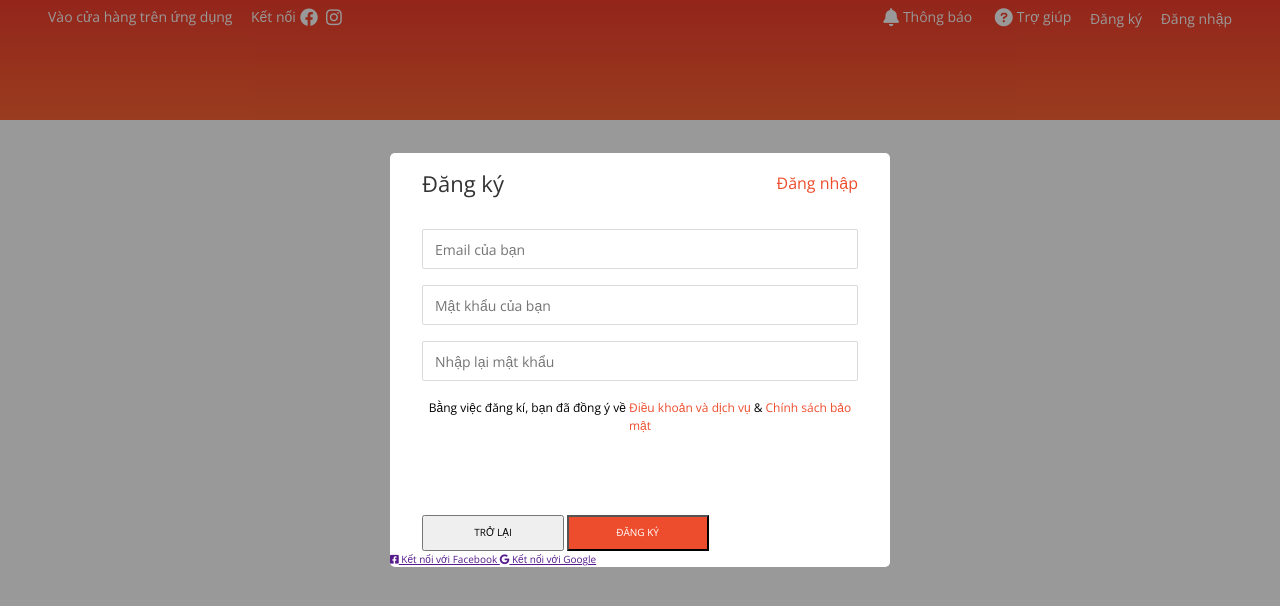
Repository: trongtamdev/Clone-Shopee-Page
Page: index.html
The author's editor kept a copy of each file at every save. The page is drawn from the files as they stood at one save, then again after the next save.
The browser window is 1280 px wide. The pictures show the whole page.

Above is the page before, as saved 2022-07-08 21:43:47.

### index.html
<!DOCTYPE html>
<html lang="en">

<head>
    <meta charset="UTF-8">
    <meta http-equiv="X-UA-Compatible" content="IE=edge">
    <meta name="viewport" content="width=device-width, initial-scale=1.0">
    <title>Document</title>
    <link rel="stylesheet" href="https://cdnjs.cloudflare.com/ajax/libs/normalize/8.0.1/normalize.min.css">
    <link rel="stylesheet" href="assets/css/base.css">
    <link rel="stylesheet" href="assets/css/main.css">
    <link rel="stylesheet" href="assets/fonts/fontawesome-free-6.1.1/css/all.min.css">
    <link href="https://fonts.googleapis.com/css2?family=Open+Sans:wght@300;400;500;700&display=swap" rel="stylesheet">
</head>
    <div class="app">
        <header class="header">
            <div class="grid">
                <nav class="header__navbar">
                    <ul class="header__navbar-list">
                        <li class="header__navbar-item header__navbar-item--has-qr">
                            Vào cửa hàng trên ứng dụng
                            <div class="header__qr">
                                <img src="assets/img/qr_code.png" alt="QR code" class="header__qr-img">
                                <div class="header__qr-apps">
                                    <a href="" class="header__qr-link">
                                        <img src="assets/img/google_play.png" alt="Google play" class="header__qr-download-img">
                                    </a>
                                    <a href="" class="header__qr-link">
                                        <img src="assets/img/app_store.png" alt="App store" class="header__qr-download-img">
                                    </a>
                                </div>
                            </div>
                        </li>
                        <li class="header__navbar-item">
                            <span class="header__navbar-title--no-pointer">Kết nối</span>
                            <a href="" class="header__navbar-icon-link">
                                <i class="header__navbar-icon fa-brands fa-facebook"></i>
                            </a>
                            <a href="" class="header__navbar-icon-link">
                                <i class="header__navbar-icon fa-brands fa-instagram"></i>
                            </a>
                        </li>
                    </ul>

                    <ul class="header__navbar-list">
                        <li class="header__navbar-item">
                            <a href="" class="header__navbar-item-link">
                                <i class="header__navbar-icon fa-solid fa-bell"></i>
                                Thông báo</a>
                        </li>

                        <li class="header__navbar-item">
                            <a href="" class="header__navbar-item-link">
                                <i class="header__navbar-icon fa-solid fa-circle-question"></i>
                                Trợ giúp</a>
                        </li>

                        <li class="header__navbar-item header__navbar-item--strong">Đăng ký</li>
                        <li class="header__navbar-item header__navbar-item--strong">Đăng nhập</li>
                    </ul>
                </nav>
            </div>

        </header>

        <div class="container">

        </div>

        <footer class="footer">

        </footer>
    </div>
    <div class="modal">
        <div class="modal__overlay">

        </div>
        <div class="modal__body">

            <!-- Auth form -->
            <div class="auth-form">
                <div class="auth-form__container">
                    <div class="auth-form__header">
                        <h3 class="auth-form__heading">Đăng ký</h3>
                        <span class="auth-form__switch-btn">Đăng nhập</span>
                    </div>

                    <div class="auth-form__form">
                        <div class="auth-form__group">
                            <input type="text" class="auth-form__input" placeholder="Email của bạn">
                        </div>

                        <div class="auth-form__group">
                            <input type="password" class="auth-form__input" placeholder="Mật khẩu của bạn">
                        </div>

                        <div class="auth-form__group">
                            <input type="password" class="auth-form__input" placeholder="Nhập lại mật khẩu">
                        </div>
                    </div>

                    <div class="auth-form__aside">
                        <p class="auth-form__policy-text">
                            Bằng việc đăng kí, bạn đã đồng ý về
                            <a href="" class="auth-form__text-link">Điều khoản và dịch vụ</a> &
                            <a href="" class="auth-form__text-link">Chính sách bảo mật</a>
                        </p>
                    </div>

                    <div class="auth-form__controls">
                        <button class="btn">TRỞ LẠI</button>
                        <button class="btn btn--primary">ĐĂNG KÝ</button>
                    </div>
                </div>

                <div class="auth-form__socials">
                    <a href="" class="btn btn--with-icon">
                        <i class="fa-brands fa-facebook-square"></i>
                        Kết nối với Facebook
                    </a>

                    <a href="" class="btn btn--with-icon">
                        <i class="fa-brands fa-google"></i>
                        Kết nối với Google
                    </a>
                </div>
            </div>
        </div>
    </div>
<body>

</body>

</html>

### assets/css/base.css
:root {
    --white-color :#fff;
    --back-color :#000;
    --text-color : #333;
    --primary-color: #EE4D2D;
    --border-color: #dbdbdb;
}

*{
    box-sizing: inherit;
}

html {
    font-size: 62.5%;
    line-height: 1.6rem;
    font-family: 'Open Sans', sans-serif;;
    box-sizing: border-box;
}

.grid {
    width: 1200px;
    max-width: 100%;
    margin: 0 auto;
}

.grid__full-width {
    width: 100%;
}

.grid__row {
    display: flex;
    flex-wrap: wrap
}

/* Animation */
@keyframes fadeIn {
    from {
        opacity: 0;
    }to {
        opacity: 1;
    }
}

/* Modal */

.modal {
    position: fixed;
    top: 0;
    right: 0;
    bottom: 0;
    left: 0;
    display: flex;
}

.modal__overlay {
    position: absolute;
    width: 100%;
    height: 100%;
    background-color: rgba(0, 0, 0, 0.4);
}

.modal__body {

    background-color: var(--white-color);
    margin: auto;
    position: relative;
    z-index: 1;
    border-radius: 5px;
}

/* Button Style */
.btn {
    min-width: 142px;
    height: 36px;
}

.btn.btn--primary {
    color: var(--white-color);
    background-color: var(--primary-color);
}

### assets/css/main.css
.header {
    height: 120px;
    background-image: linear-gradient(0, #fe6433, #f53e2d);
}

.header__navbar {
    display: flex;
    justify-content: space-between;
}

.header__navbar-list {
    list-style: none;
    padding: 0;
    margin-top: 4px;
}

.header__navbar-item {
    margin: 0 8px;
    position: relative;
    min-height: 26px;
}

.header__navbar-item--has-qr:hover .header__qr {
    display: block;
}

.header__navbar-item,
.header__navbar-item-link{
    display: inline-block;
    font-size: 1.4rem;
    color :var(--white-color);
    text-decoration: none;
    font-weight: 300;
}

.header__navbar-item,
.header__navbar-item-link,
.header__navbar-icon-link {
    display: inline-flex;
    align-items: center;
}

.header__navbar-item:hover,
.header__navbar-item-link:hover,
.header__navbar-icon-link:hover{
    cursor: pointer;
    color: rgba(255, 255, 255, 0.7);
}

.header__navbar-item--strong {
    font-weight: 400;
}


.header__navbar-icon-link {
    color: var(--white-color);
    text-decoration: none;
}

.header__navbar-icon {
    font-size: 1.8rem;
    margin: 0 4px;
}

.header__navbar-title--no-pointer {
    color: var(--white-color);
    cursor: text;
}

/* Header QR code */

.header__qr {
    width: 186px;
    background-color: var(--white-color);
    position: absolute;
    left: 0;
    top: 118%;
    padding: 8px;
    border-radius: 2px;
    display: none;
    animation: fadeIn ease-in 0.5s;
}

.header__qr::before {
    position: absolute;
    left: 0;
    top: -16px;
    width: 100%;
    height: 20px;
    content: "";
    display: block;
}

.header__qr-img {
    width: 100%;
}

.header__qr-apps {
    display: flex;
}

.header__qr-link:nth-child(1) {
    margin-left: 11px;
}

.header__qr-link:nth-child(2) {
    margin-right: 11px;
}

.header__qr-download-img {
    height: 18px;
}


/* Authen Modal */

.auth-form {
    width: 500px;

}


.auth-form__container {
    padding: 0 32px;
}

.auth-form__header {
    display: flex;
    align-items: center;
    justify-content: space-between;
}

.auth-form__heading {
    font-size: 2.2rem;
    font-weight: 400;
    color: var(--text-color);
}

.auth-form__switch-btn {
    font-size: 1.6rem;
    font-weight: 400;
    color: var(--primary-color);
    cursor: pointer;
}

.auth-form__form {

}

.auth-form__input {
    width: 100%;
    height: 40px;
    margin-top: 16px;
    padding: 0 12px;
    font-size: 1.4rem;
    border: 1px solid var(--border-color);
    border-radius: 2px;
    outline: none;
}

.auth-form__input:focus {
    border-color: #777;
}

.auth-form__aside {
    margin-top: 18px;
}

.auth-form__policy-text {
    font-size: 1.2rem;
    line-height: 1.8rem;
    text-align: center;
    padding: 0 12pxs;
}

.auth-form__text-link {
    text-decoration: none;
    color: var(--primary-color);
}

.auth-form__controls {
    margin-top: 80px;
}

Loaded but not shown: assets/fonts/fontawesome-free-6.1.1/css/all.min.css (library)

After the next save:
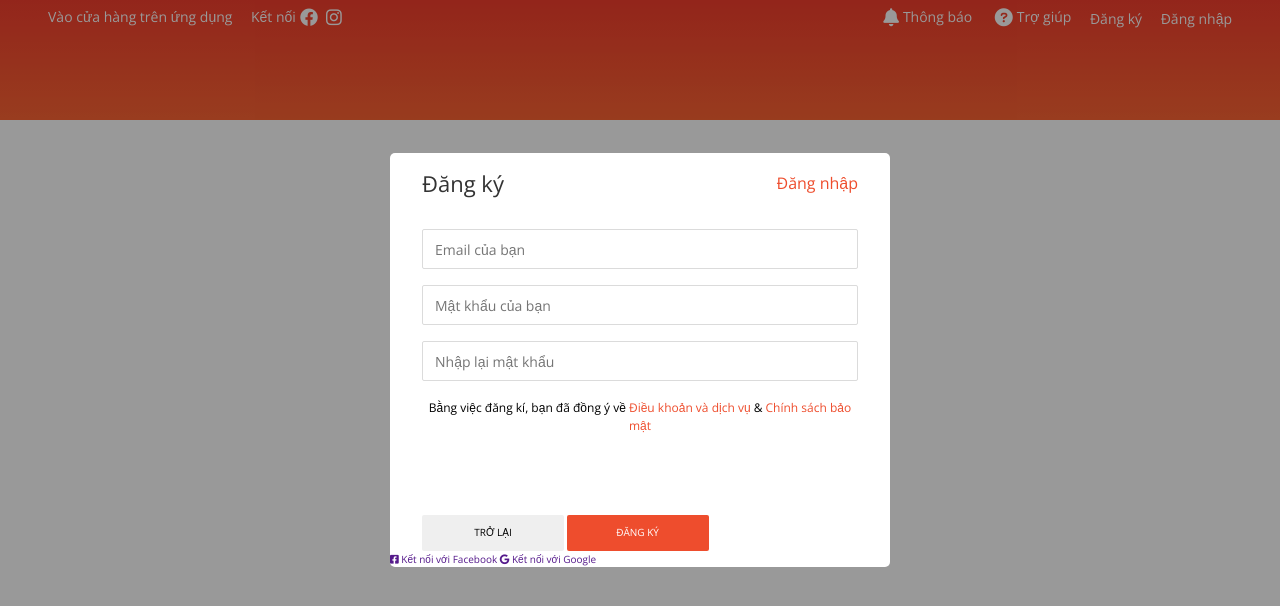
Saved 55 s later.
--- a/assets/css/base.css
+++ b/assets/css/base.css
@@ -72,6 +72,9 @@ html {
 .btn {
     min-width: 142px;
     height: 36px;
+    text-decoration: none;
+    border: none;
+    border-radius: 2px;
 }
 
 .btn.btn--primary {
